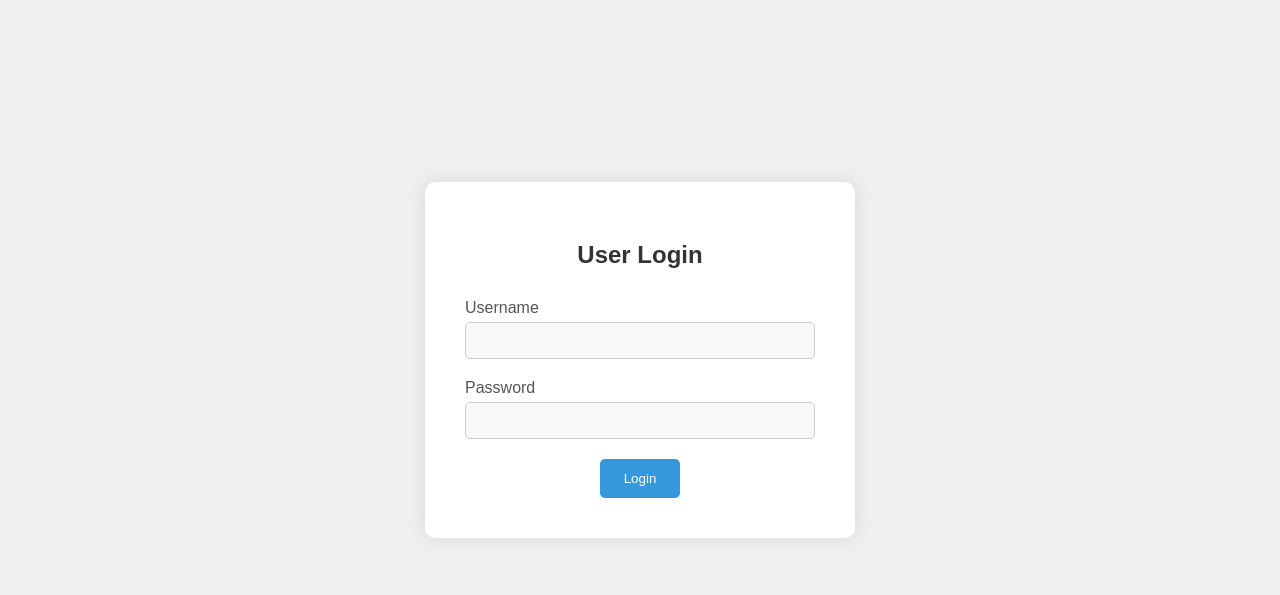
Repository: SaiKumarKota1919/zettamine-sai
Page: http://localhost/appraiser-management-system/
The author's editor kept a copy of each file at every save. The page is drawn from the files as they stood at one save, then again after the next save.
The browser window is 1280 px wide. The pictures show the whole page.
The page is served by Tomcat 10. The session is filled in as if someone had signed in: {"userName": "user"}.

Above is the page before, as saved 2023-12-29 18:00:19.

After the next save:
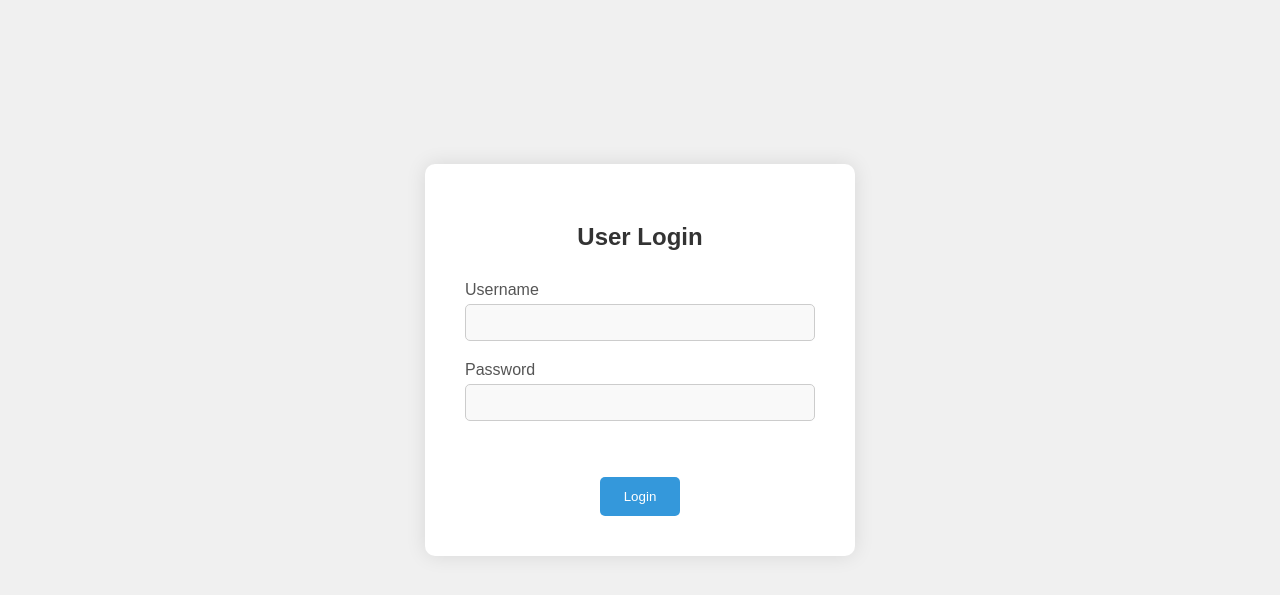
Saved 2 min 0 s later.
--- a/project-ams/appraiser-management-system/src/main/webapp/login-page.jsp
+++ b/project-ams/appraiser-management-system/src/main/webapp/login-page.jsp
@@ -78,11 +78,12 @@
       <div class="input-group">
         <label for="password">Password</label>
         <input type="password" id="password" name="password" required>
-      </div>
+      </div><br>
+       <c:if test="${error!= null}">
+      invalid credentials
+      </c:if><br>
       <button type="submit">Login</button>
-      <c:if test="${error!= null}">
-      invalid credentials
-      </c:if>
+
     </form>
   </div>
 </body>
